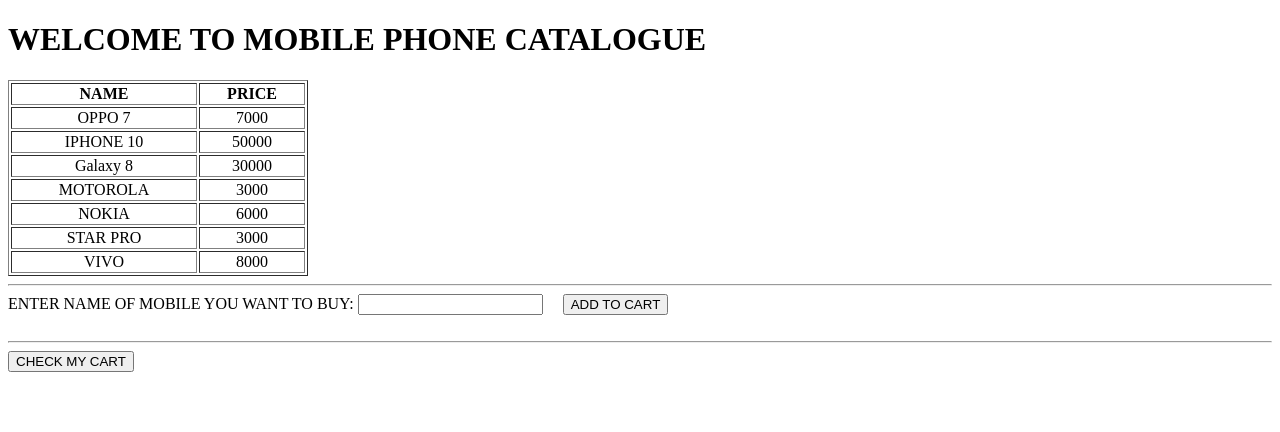
Repository: nikhilbad7/jsp-practicals
Page: classwork/WebContent/exp15.html
An editor plug-in stored every save of this project. The page is shown before and after the next save, followed by the edit.
The browser window is 1280 px wide. The pictures show the whole page.

Above is the page before, as saved 2018-04-12 18:23:00.

### classwork/WebContent/exp15.html
<!DOCTYPE HTML>
<html>
	<head>
		<title>MOBILE PHONE CATALOGUE</title>
		<script >
			function cart(){
				window.location("exp15cart.jsp");
			}
		</script>
	</head>
	<body>
		<h1>WELCOME TO MOBILE PHONE CATALOGUE</h1>
		<table border=1 width=300px>
		<tr>
			<th>NAME</th>
			<th>PRICE</th>
		</tr>
		<tr>
			<td align="center">OPPO 7</td>
			<td align="center">7000</td>

		</tr>
		<tr>
			<td align="center">IPHONE 10</td>
			<td align="center">50000</td>

		</tr>
		<tr>
			<td align="center">Galaxy 8</td>
			<td align="center">30000</td>
		</tr>
		<tr>
			<td align="center">MOTOROLA</td>
			<td align="center">3000</td>

		</tr>
		<tr>
			<td align="center">NOKIA</td>
			<td align="center">6000</td>

		</tr>
		<tr>
			<td align="center">STAR PRO</td>
			<td align="center">3000</td>

		</tr>
		<tr>
			<td align="center">VIVO </td>
			<td align="center">8000</td>

		</tr>


		</table>
		<hr>
		<form action="exp15cart.jsp">
			ENTER NAME OF MOBILE YOU WANT TO BUY: <input type="text" name="item" /> &nbsp;&nbsp;&nbsp;
			<input type="submit" value="ADD TO CART" />
		</form>
		<br>
		<hr>
		<input type="button" value="CHECK MY CART"  onclick="cart()"/>
	</body>
</html>

After the next save:
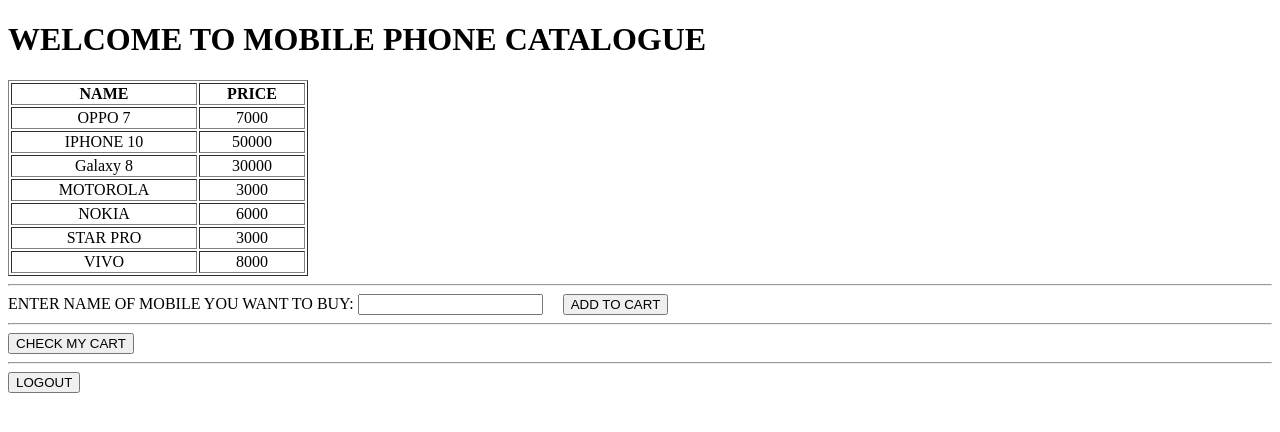
Saved 20 s later.
--- a/classwork/WebContent/exp15.html
+++ b/classwork/WebContent/exp15.html
@@ -57,8 +57,11 @@
 			ENTER NAME OF MOBILE YOU WANT TO BUY: <input type="text" name="item" /> &nbsp;&nbsp;&nbsp;
 			<input type="submit" value="ADD TO CART" />
 		</form>
-		<br>
+
 		<hr>
-		<input type="button" value="CHECK MY CART"  onclick="cart()"/>
+		<input type="button" value="CHECK MY CART"  onclick="cart()"/> <br><hr>
+		<form action="exp15logout.jsp" >
+			<input type="submit" value="LOGOUT" >
+		</form>
 	</body>
 </html>
